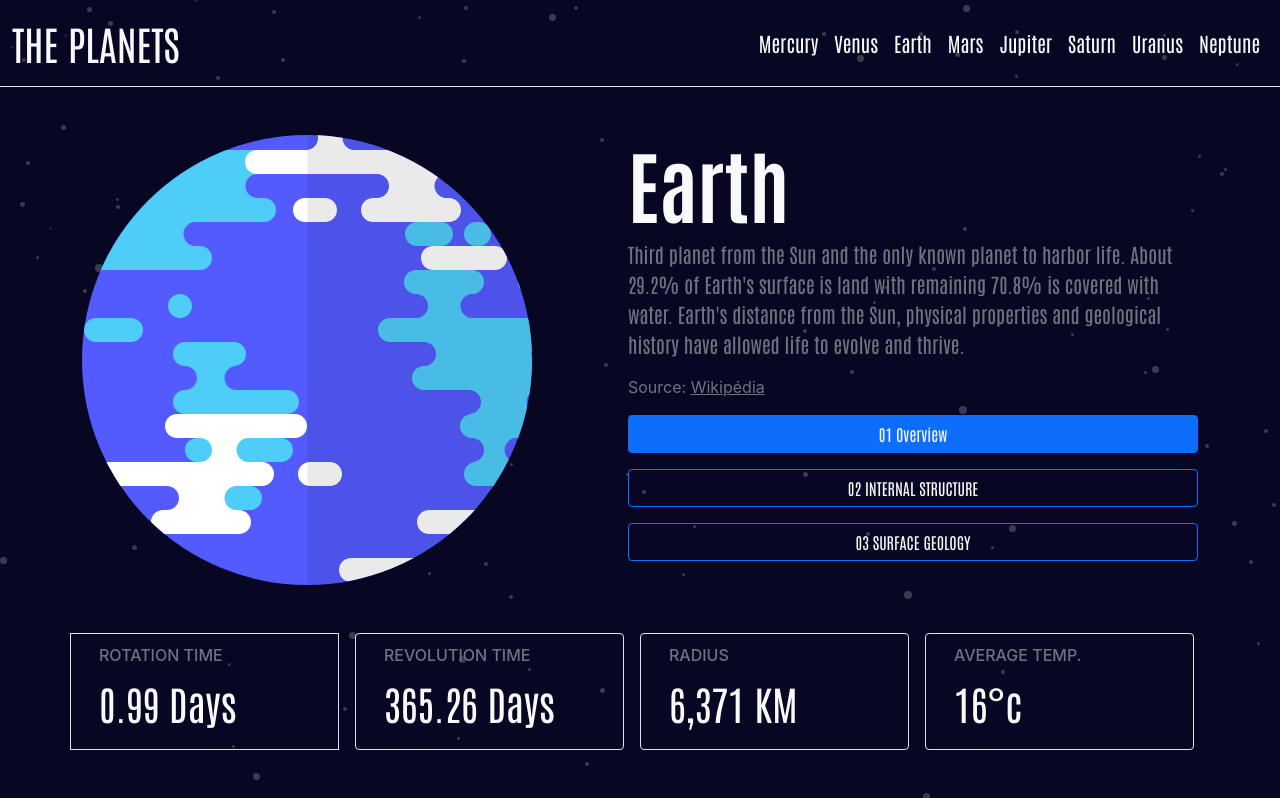
Repository: andre06x/the-planets
Page: /
These files come from the project's save history. The page is drawn as it stood at one moment and after the next save; the edit follows.
The browser window is 1280 px wide. The pictures show the whole page.
The project was rebuilt for these pictures with package versions that can differ from the ones it lists, and the page was loaded fresh each time.

Above is the page before, as saved 2021-10-19 16:18:39.

After the next save:
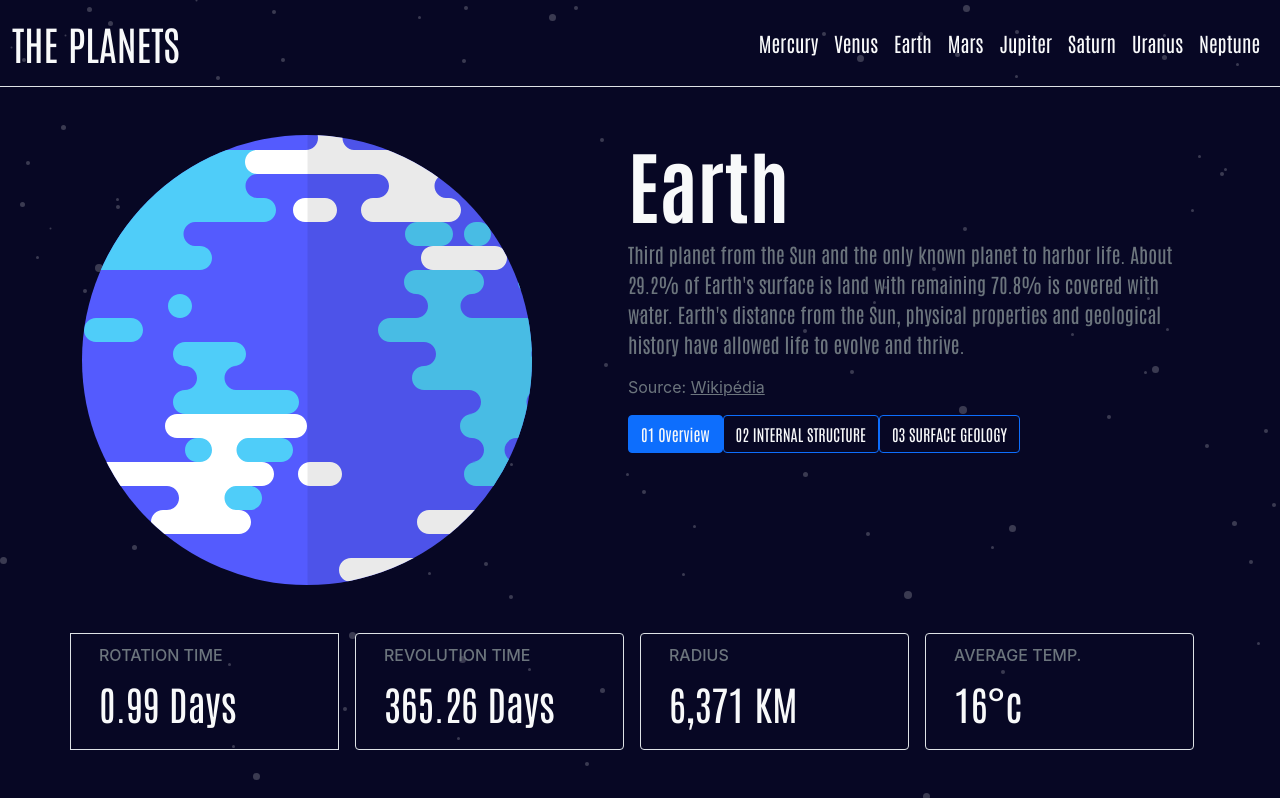
Saved 3 min 17 s later.
--- a/src/components/Container.js
+++ b/src/components/Container.js
@@ -66,7 +66,7 @@ const Container = () => {
               Source: <a href="" className="text-secondary"> Wikipédia</a>
             </span>
 
-            <div className="d-flex flex-column mt-3 font-antonio fw-bold">
+            <div className="d-flex md-flex-column mt-3 font-antonio fw-bold">
               {op.map(o => (
                 <button
                   className={`btn text-light btn-outline-primary mb-3 ${selectBox === o.id ? ' btn-primary' : ''}`}
